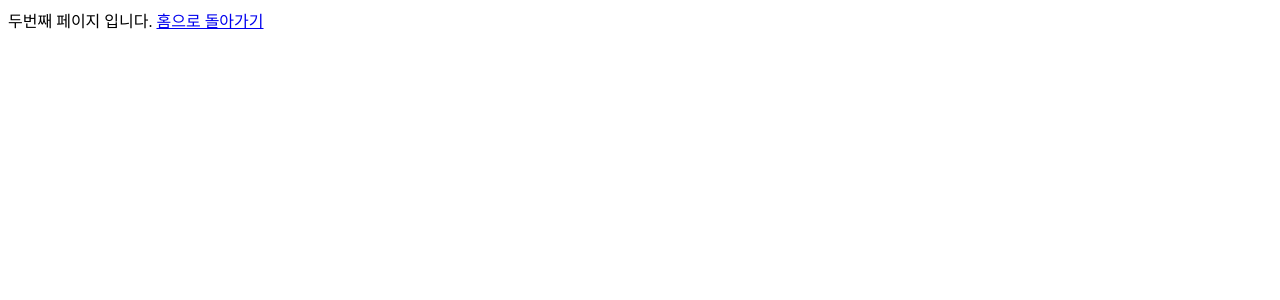
Repository: yeom724/JSP_test
Page: http://localhost/jsp_example/second
The author's editor kept a copy of each file at every save. The page is drawn from the files as they stood at one save, then again after the next save.
The browser window is 1280 px wide. The pictures show the whole page.
The page is served by Tomcat 10.

Above is the page before, as saved 2024-10-07 06:42:20.

After the next save:
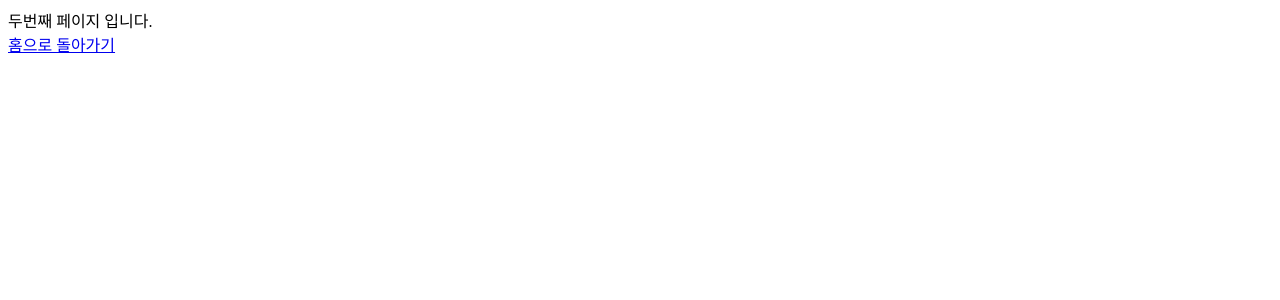
Saved 34 s later.
--- a/jsp_example/src/main/webapp/second.jsp
+++ b/jsp_example/src/main/webapp/second.jsp
@@ -7,7 +7,7 @@
 <title>Insert title here</title>
 </head>
 <body>
-	두번째 페이지 입니다.
+	두번째 페이지 입니다.<br>
 	<a href="home">홈으로 돌아가기</a>
 </body>
 </html>
